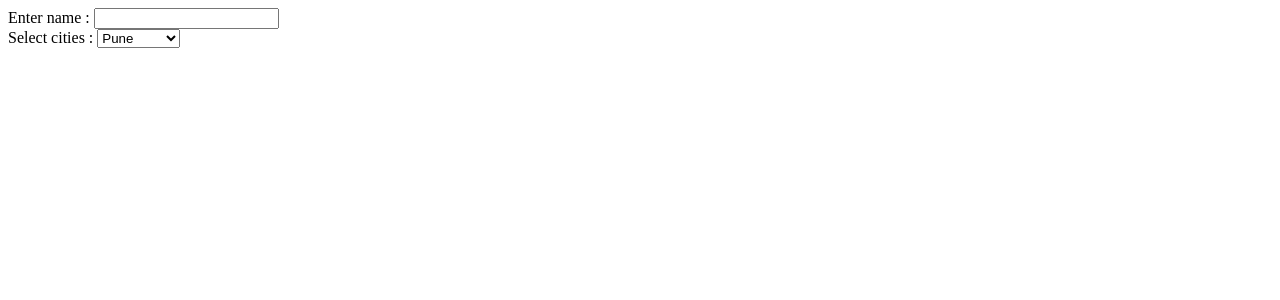
Repository: ANIKETKHAVNEKAR/AdvanceJavaMyPractice
Page: http://localhost/ScriptlessJSP/acceptdata.jsp
These files come from the project's save history. The page is drawn as it stood at one moment and after the next save; the edit follows.
The browser window is 1280 px wide. The pictures show the whole page.
The page is served by Tomcat 9. Other server files are loaded and not shown.

Above is the page before, as saved 2023-06-21 18:27:48.

### demo/Adv Java Workspace-Mar 23/ScriptlessJSP/src/main/webapp/acceptdata.jsp
<%@ page language="java" contentType="text/html; charset=ISO-8859-1"
    pageEncoding="ISO-8859-1"%>
<!DOCTYPE html>
<html>
<head>
<meta charset="ISO-8859-1">
<title>Insert title here</title>
</head>
<body>
	<form action="">
		Enter name : <input type="text" name="nm" />
		<br/>
		Select cities :
		<select name="city" >
			<option value="pune">Pune</option>
			<option value="mumbai">Mumbai</option>
			<option value="nagpur">Nagpur</option>
			<option value="chennai">Chennai</option>
			<option value="bangalore">Bangalore</option>
		</select>
	</form>
</body>
</html>

After the next save:
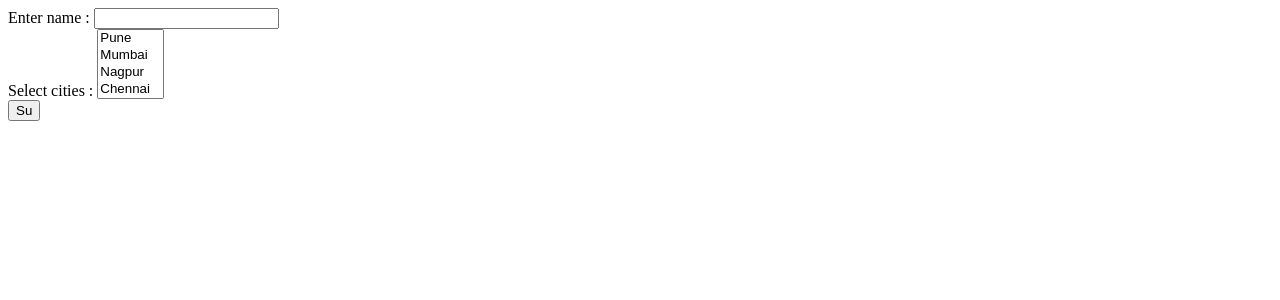
Saved 45 s later.
--- a/demo/Adv Java Workspace-Mar 23/ScriptlessJSP/src/main/webapp/acceptdata.jsp
+++ b/demo/Adv Java Workspace-Mar 23/ScriptlessJSP/src/main/webapp/acceptdata.jsp
@@ -11,13 +11,15 @@
 		Enter name : <input type="text" name="nm" />
 		<br/>
 		Select cities :
-		<select name="city" >
+		<select name="city" multiple >
 			<option value="pune">Pune</option>
 			<option value="mumbai">Mumbai</option>
 			<option value="nagpur">Nagpur</option>
 			<option value="chennai">Chennai</option>
 			<option value="bangalore">Bangalore</option>
 		</select>
+		<br/>
+		<input type="submit" value="Su"
 	</form>
 </body>
 </html>
